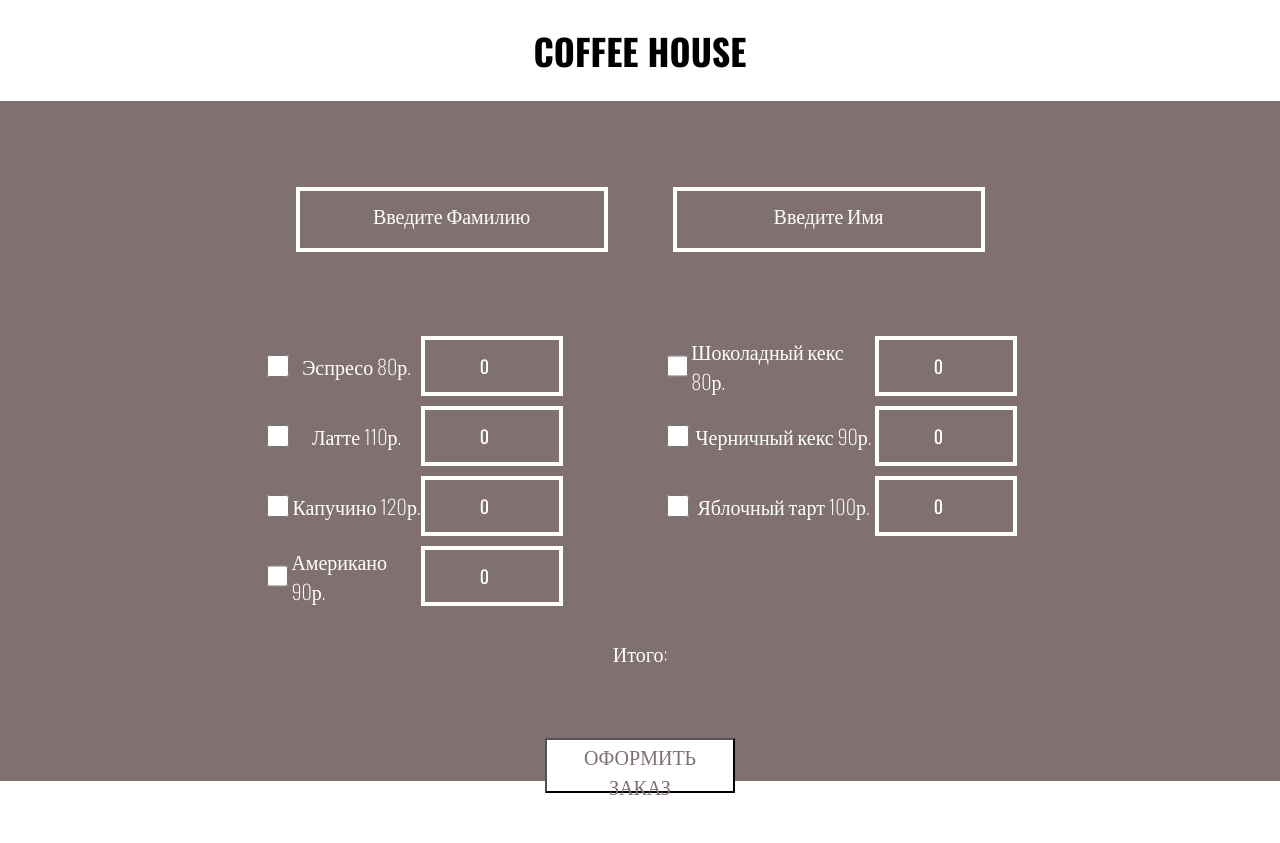
Repository: Valera1994/WebTestProject
Page: New2/index.html
An editor plug-in stored every save of this project. The page is shown before and after the next save, followed by the edit.
The browser window is 1280 px wide. The pictures show the whole page.

Above is the page before, as saved 2025-07-20 23:01:53.

### New2/index.html
<!DOCTYPE html>
<html lang="en">
<head>
    <meta charset="UTF-8">
    <meta name="viewport" content="width=device-width, initial-scale=1.0">
    <title>COFFEE HOUSE</title>
    <link rel="stylesheet" href="style.css">
    <link rel="preconnect" href="https://fonts.googleapis.com">
    <link rel="preconnect" href="https://fonts.gstatic.com" crossorigin="">
    <link href="https://fonts.googleapis.com/css2?family=Oswald:wght@200..700&amp;display=swap" rel="stylesheet">
</head>
<body>
    <header class="header">
        <h1 class="logo">COFFEE HOUSE</h1>
    </header>
    <div class="order">
        <div class="form">
            <input class="surname form_text" type="text" placeholder="Введите Фамилию" required="">
            <input class="name form_text" type="text" placeholder="Введите Имя" required="">
        </div>
        <div class="conteiner">
            <div class="menu-columns">
            <div class="menu_column">
            <div class="form_checkbox check1">
                <input type="checkbox" id="coffee" name="espreso" value="choise1">
                <label for="espreso">Эспресо 80р.</label>
                <input class="price" type="number" min="0" value="0" placeholder="0">
            </div>
            <div class="form_checkbox check1">
                <input type="checkbox" id="coffee" name="latte" value="choise1">
                <label for="latte">Латте 110р.</label>
                <input class="price" type="number" min="0" value="0" placeholder="0">
            </div>
            <div class="form_checkbox check1">
                <input type="checkbox" id="coffee" name="capp" value="choise1">
                <label for="capp">Капучино 120р.</label>
                <input class="price" type="number" min="0" value="0" placeholder="0">
            </div>
            <div class="form_checkbox check1">
                <input type="checkbox" id="coffee" name="amer" value="choise1">
                <label for="amer">Американо 90р.</label>
                <input class="price" type="number" min="0" value="0" placeholder="0">
            </div>
            </div>
            <div class="menu_column">
            <div class="form_checkbox check2">
                <input type="checkbox" id="coffee" name="choco" value="choise1">
                <label for="choco">Шоколадный кекс 80р.</label>
                <input class="price" type="number" min="0" value="0" placeholder="0">
            </div>
            <div class="form_checkbox check2">
                <input type="checkbox" id="coffee" name="chern" value="choise1">
                <label for="chern">Черничный кекс 90р.</label>
                <input class="price" type="number" min="0" value="0" placeholder="0">
            </div>
            <div class="form_checkbox check2">
                <input type="checkbox" id="coffee" name="apple" value="choise1">
                <label for="apple">Яблочный тарт 100р.</label>
                <input class="price" type="number" min="0" value="0" placeholder="0">
            </div>
            </div>
            </div>
        </div>

        <p>Итого: <span class="result"></span></p>
        <div class="button_container">
            <button class="btn">ОФОРМИТЬ ЗАКАЗ</button>
        </div>
    </div>
</body>
</html>

### New2/style.css
body{
    margin: 0;
    padding: 0;
    font-family: 'Oswald', sans-serif;
}

.header {
    width: 100%;
    box-sizing: border-box;
    text-decoration: none;
    top: 0;
    left: 0;
}

.logo{
    color: black;
    font-size: 36px;
    white-space: nowrap;
    font-weight: medium;
    display: flex;
    justify-content: center;
}

.order{
    width: 100%;
    height: 680px;
    background: rgba(129, 112, 112, 1);
}

.form{
    padding: 86px 0;
    gap: 65px;
    display: flex;
    justify-content: center;
}

.form_text{
    background-color: #817070;
    display: flex;
    flex-direction: column;
    justify-content: center;
    width: 300px;
    height: 55px;
    border: 4px solid white;
}

.form_text::placeholder {
    font-family: 'Oswald';
    color: white;
    opacity: 1;
    display: flex;
    align-items:center;
    text-align: center;
    font-size: 20px;
    font-weight: lighter;
}

.container{
    display: flex;
    height: 271px;
    width: 100%;
    padding-bottom: 17px;
}

.menu-columns {
    display: flex;
    justify-content: center;
    width: 784px;
    gap: 100px;
    margin: 0 auto;
}

.menu-column {
    flex: 1;
}

.form_checkbox{
    display: flex;
    justify-content: space-between;
    align-items: center;
    margin-bottom: 15px;
}

label{
    font-family: 'Oswald';
    font-size: 20px;
    font-weight:lighter;
    color: white;
}

.check1{
    width: 300px;
    height: 55px;
}

.check2{
    width: 354px;
    height: 55px;
}

#coffee{
    width: 22px;
    height: 22px;
    background: rgba(196, 196, 196, 1);
}

.price{
    background-color: #817070;
    display: flex;
    flex-direction: column;
    justify-content: center;
    width: 130px;
    height: 50px;
    border: 4px solid white;
    text-align: center;
    font-family: 'Oswald';
    font-size: 18px;
    color: white;
}

p{
    font-family: 'Oswald';
    font-size: 20px;
    font-weight:lighter;
    color: white;
    display: flex;
    justify-content: center;
}

.button_container{
    display: flex;
    justify-content: center;
    padding: 50px;
}

.btn{
    width: 190px;
    height: 55px;
    font-family: 'Oswald';
    font-size: 20px;
    font-weight: 500;
    background-color: white;
    color: rgba(129, 112, 112, 1);
}

After the next save:
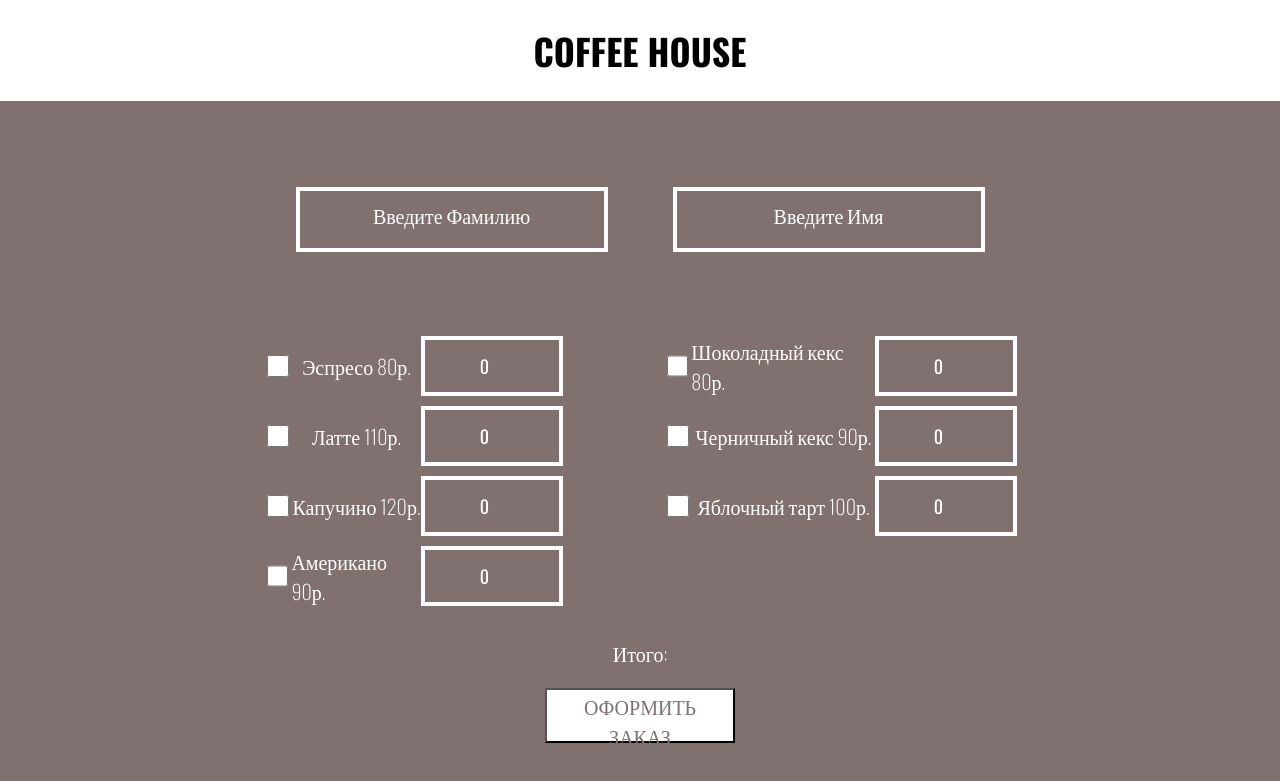
Saved 29 s later.
--- a/New2/style.css
+++ b/New2/style.css
@@ -130,7 +130,7 @@ p{
 .button_container{
     display: flex;
     justify-content: center;
-    padding: 50px;
+
 }
 
 .btn{
